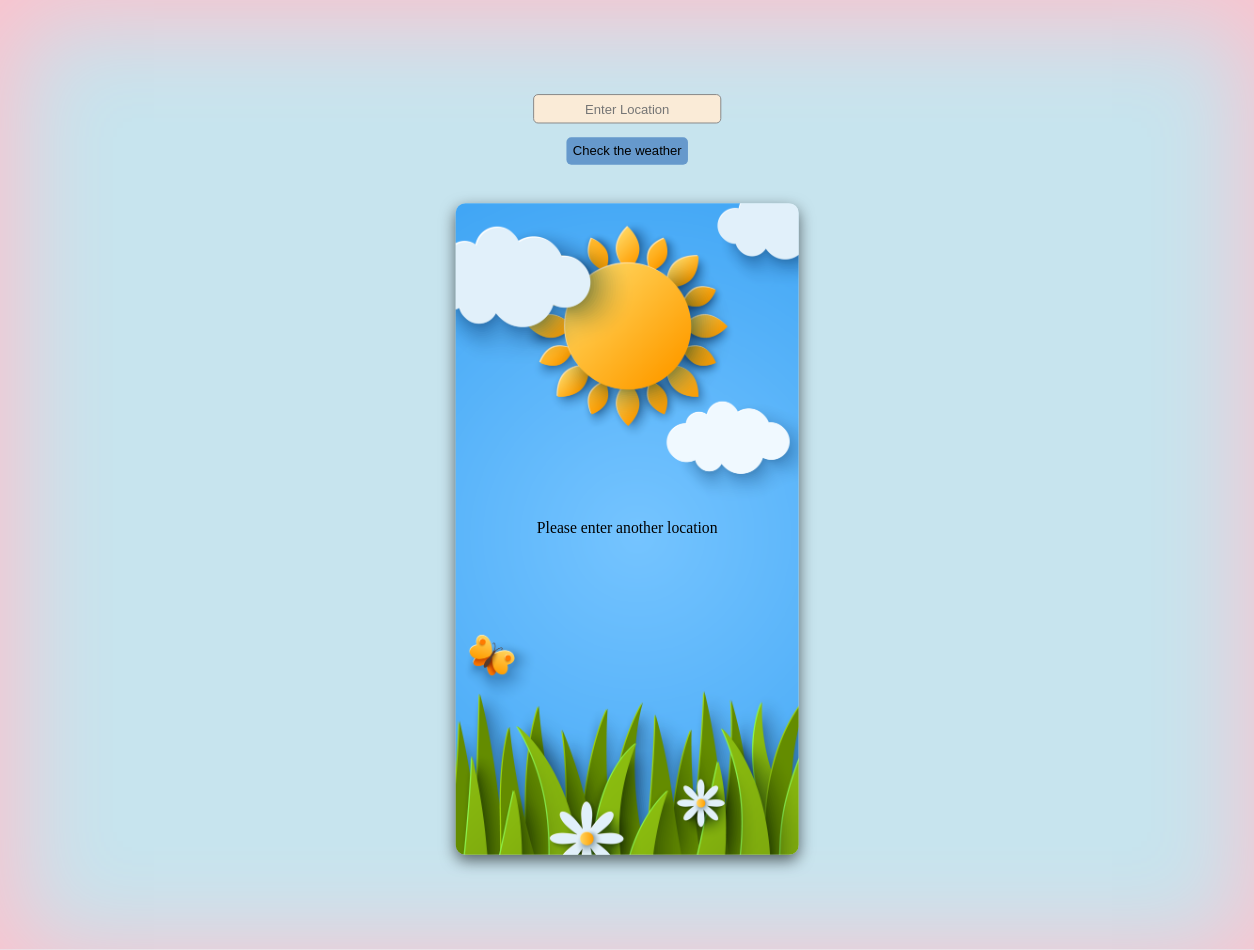
Repository: CanSanchez/weatherapp
Page: /, after clicking the first element matching `button.Home_87eba_button`
These files come from the project's save history. The page is drawn as it stood at one moment and after the next save; the edit follows.
The browser window is 1280 px wide. The pictures show the whole page, at 98% of full size.
The page's requests for data from a server got no answer. The project was rebuilt for these pictures with package versions that can differ from the ones it lists, and the page was loaded fresh each time. The framework's server and built-in components were replaced by stand-ins that run in the browser. No one was signed in, and anything a server would have sent is missing. Also part of the build but not shown: next.config.js.

Above is the page before, as saved 2023-01-18 11:13:58.

After the next save:
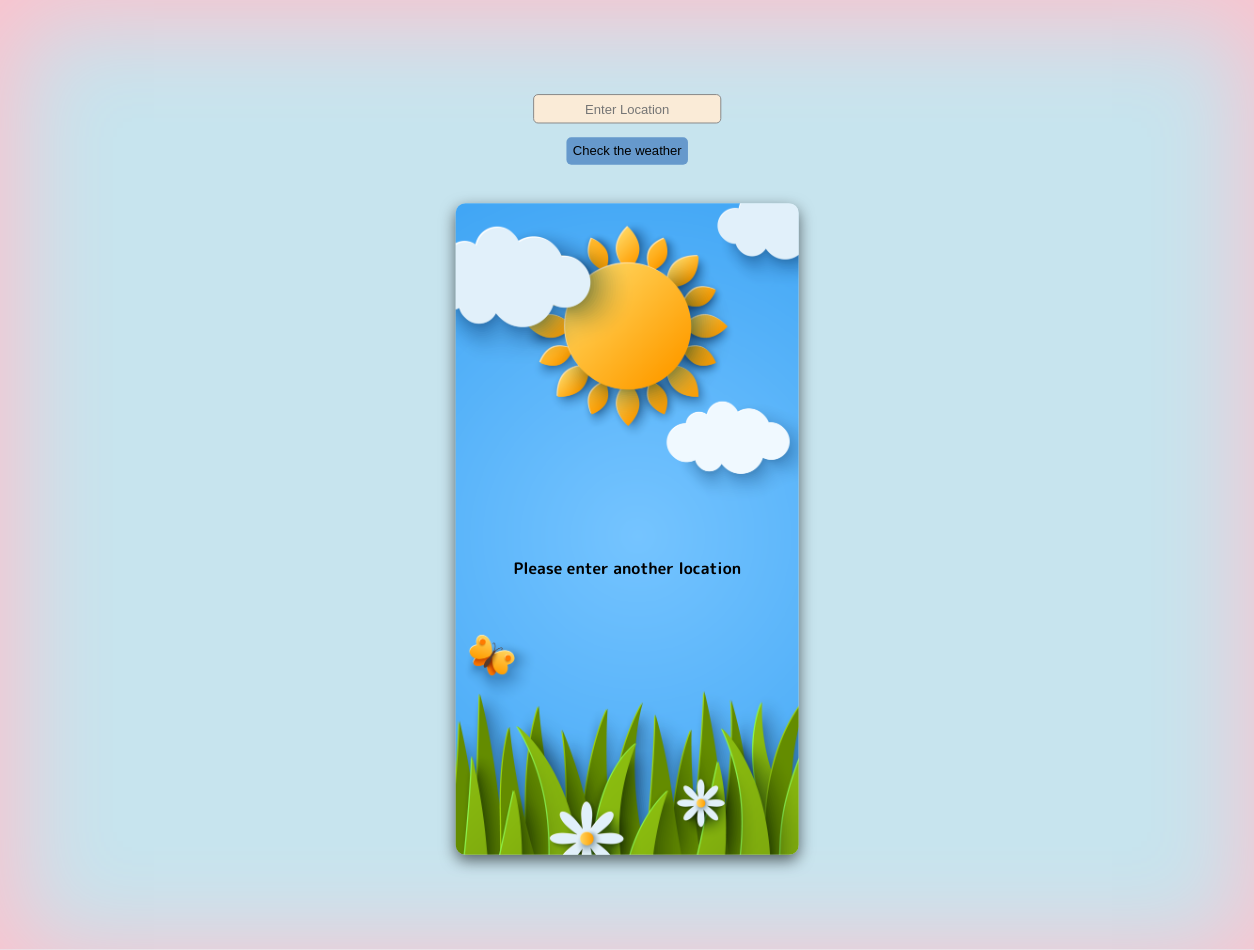
Saved 74 min 52 s later.
--- a/pages/index.js
+++ b/pages/index.js
@@ -93,7 +93,9 @@ const click = (event) => {
       style={{backgroundImage: `url(${background})`}}>
       {
         errorMessage &&
+      <div className={styles.weathercontent}>
         <p>{errorMessage}</p>
+      </div>
       }
        {
         weather && weather.map((w, index) => {
